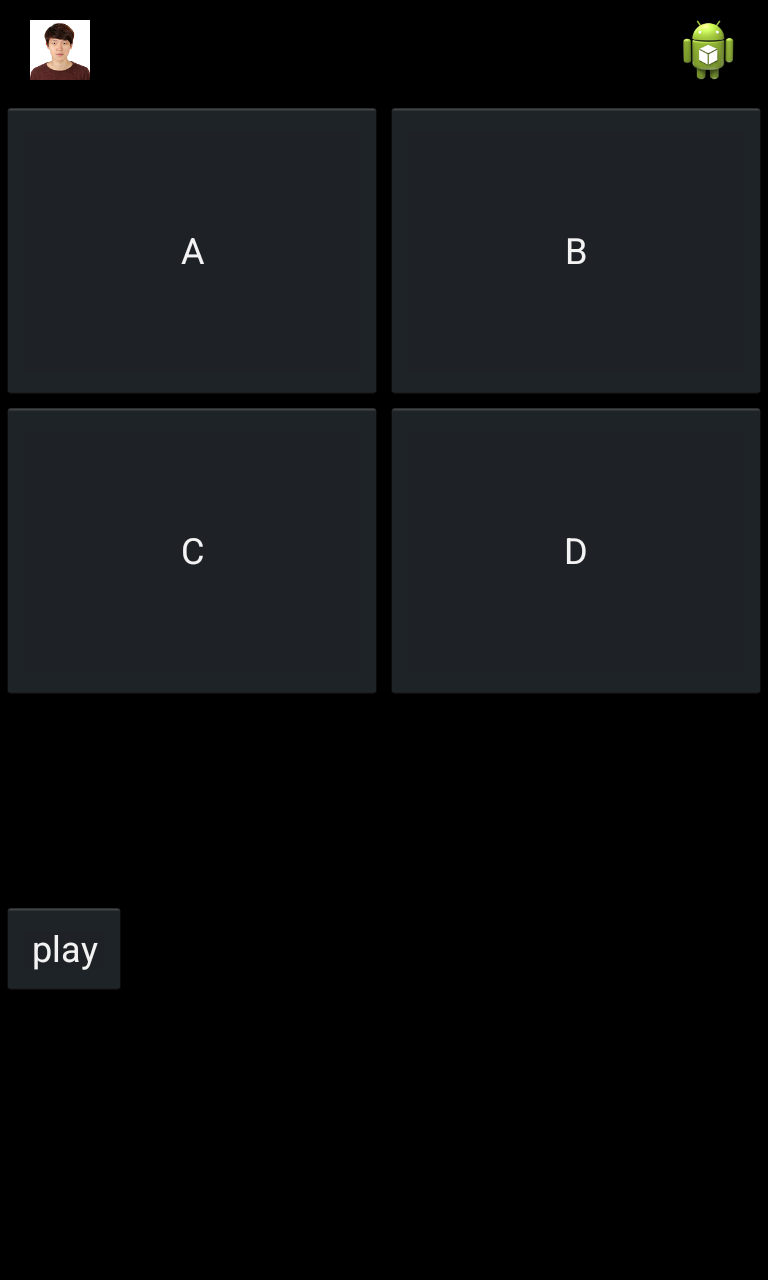
Repository: Minsu-Daniel-Kim/tipinboard1.0
Layout: TipinBoard1.0/res/layout/activity_main.xml
An editor plug-in stored every save of this project. The layout is shown before and after the next save, followed by the edit.
It is drawn on a 768 x 1280 px phone screen (xhdpi) without system bars, with theme android:Theme.Holo; the app's code is not run.

Above is the layout before, as saved 2013-04-15 13:55:40.

After the next save:
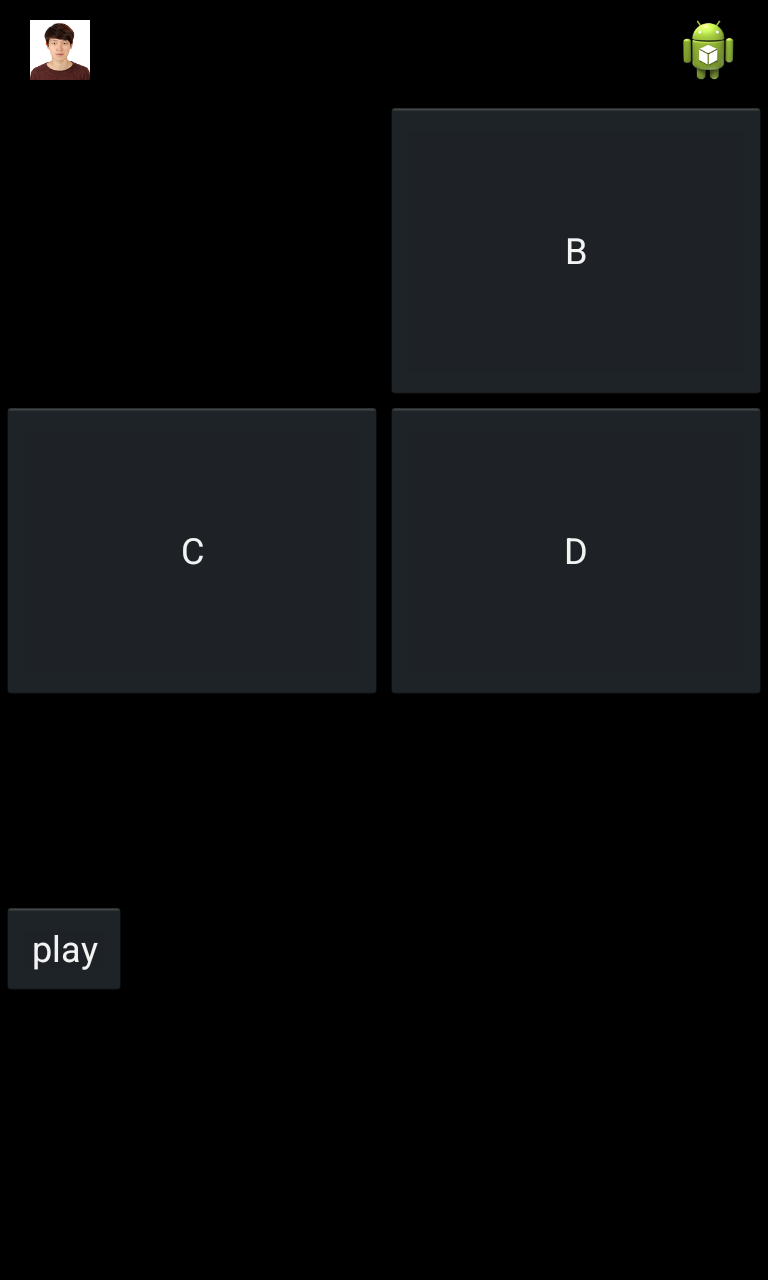
Saved 42 s later.
--- a/TipinBoard1.0/res/layout/activity_main.xml
+++ b/TipinBoard1.0/res/layout/activity_main.xml
@@ -52,13 +52,14 @@
         android:layout_height="wrap_content"
         android:orientation="horizontal" >
 
-        <Button
+        <RelativeLayout
             android:id="@+id/button1"
             android:layout_width="0dp"
             android:layout_height="150dp"
             android:layout_weight="1"
             android:onClick="detail"
-            android:text="A" />
+            android:text="A" >
+        </RelativeLayout>
 
         <Button
             android:id="@+id/button1"
@@ -92,8 +93,7 @@
     <FrameLayout
         android:id="@+id/videoLayout"
         android:layout_width="120dp"
-        android:layout_height="100dp"
-         />
+        android:layout_height="100dp" />
 
     <Button
         android:id="@+id/button2"
